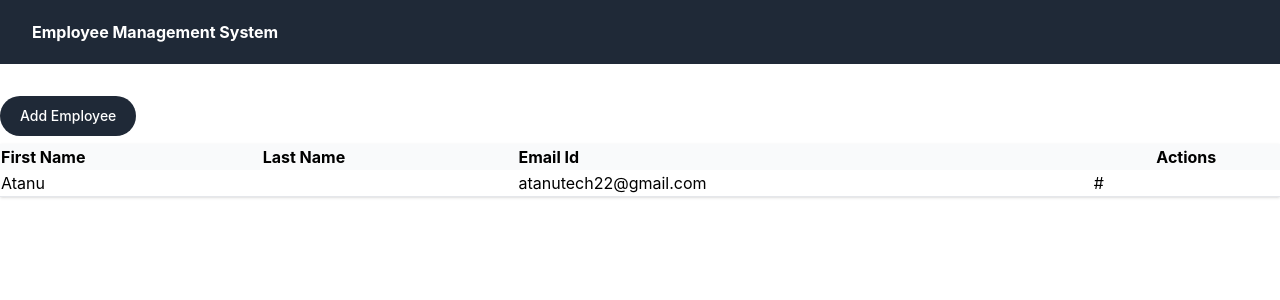
Repository: Atanu484/Full-Stack-Employee-Management-System
Page: / (app in employee-system-frontend/)
The author's editor kept a copy of each file at every save. The page is drawn from the files as they stood at one save, then again after the next save.
The browser window is 1280 px wide. The pictures show the whole page.
The project was rebuilt for these pictures with package versions that can differ from the ones it lists, and the page was loaded fresh each time. Also part of the build but not shown: employee-system-frontend/src/App.css, employee-system-frontend/src/services/EmployeeService.js, employee-system-frontend/src/components/AddEmployee.js.

Above is the page before, as saved 2022-08-15 05:05:53.

### employee-system-frontend/src/App.js

import { BrowserRouter, Routes, Route } from 'react-router-dom';
import './App.css';
import AddEmployee from './components/AddEmployee';
import EmployeeList from './components/EmployeeList';
import NavBar from './components/NavBar';

function App() {
  return (
    <>
      <BrowserRouter>
        <NavBar />
        <Routes>
          <Route path="/" element={<EmployeeList />}></Route>
          <Route path="/employeeList" element={<EmployeeList />}></Route>
          <Route path="/addEmployee" element={<AddEmployee />}></Route>
        </Routes>
      </BrowserRouter>
    </>
  );
}

export default App;

### employee-system-frontend/src/components/EmployeeList.js

import React from 'react';
const EmployeeList = () => {
    return (
        <div className="container mx-auto my-8">
            <div className="h-12">
                <button type="button" class="text-white bg-gray-800 hover:bg-gray-900 focus:outline-none focus:ring-4 focus:ring-gray-300 font-medium rounded-full text-sm px-5 py-2.5 mr-2 mb-2 dark:bg-gray-800 dark:hover:bg-gray-700 dark:focus:ring-gray-700 dark:border-gray-700">Add Employee</button>
            </div>
            <div className="flex shadow border-b">
                <table className="min-w-full">
                    <thead className="bg-gray-50">
                        <tr>
                            <th className='text-left'>First Name</th>
                            <th className='text-left'>Last Name</th>
                            <th className='text-left'>Email Id</th>
                            <th className="">Actions</th>
                        </tr>
                    </thead>
                    <tbody className='bg-white'>
                        <tr>
                            <td>
                                <div>Atanu</div>
                            </td>
                            <td>

                            </td>
                            <td>atanutech22@gmail.com</td>
                            <td>#</td>
                        </tr>
                    </tbody>
                </table>
            </div>
        </div>
    );
};

export default EmployeeList;

### employee-system-frontend/src/components/NavBar.js
import React from "react";

const Navbar = () => {
    return (
        <div className="bg-gray-800">
            <div className="h-16 px-8 flex items-center">
                <p className="text-white font-bold">Employee Management System</p>
            </div>
        </div>
    );
};

export default Navbar;

Loaded but not shown: employee-system-frontend/public/index.html (common file); employee-system-frontend/src/index.js (common file); employee-system-frontend/src/index.css (common file); employee-system-frontend/tailwind.config.js (common file)

After the next save:
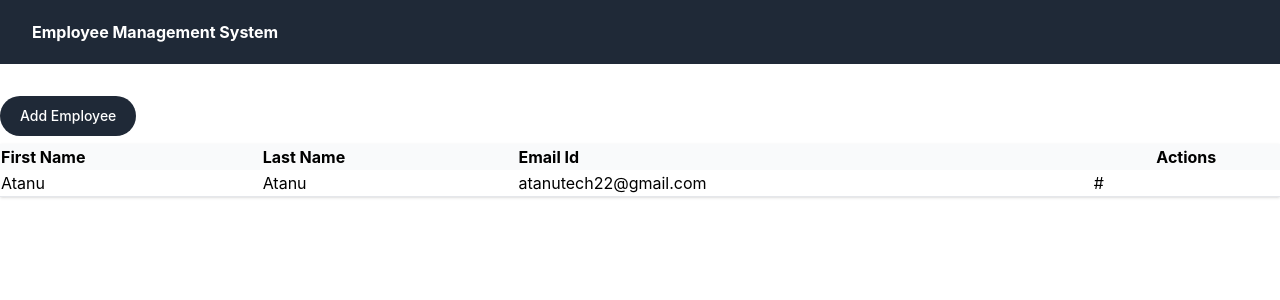
Saved 6 s later.
--- a/employee-system-frontend/src/components/EmployeeList.js
+++ b/employee-system-frontend/src/components/EmployeeList.js
@@ -22,7 +22,7 @@ const EmployeeList = () => {
                                 <div>Atanu</div>
                             </td>
                             <td>
-
+                                <div>Atanu</div>
                             </td>
                             <td>atanutech22@gmail.com</td>
                             <td>#</td>
